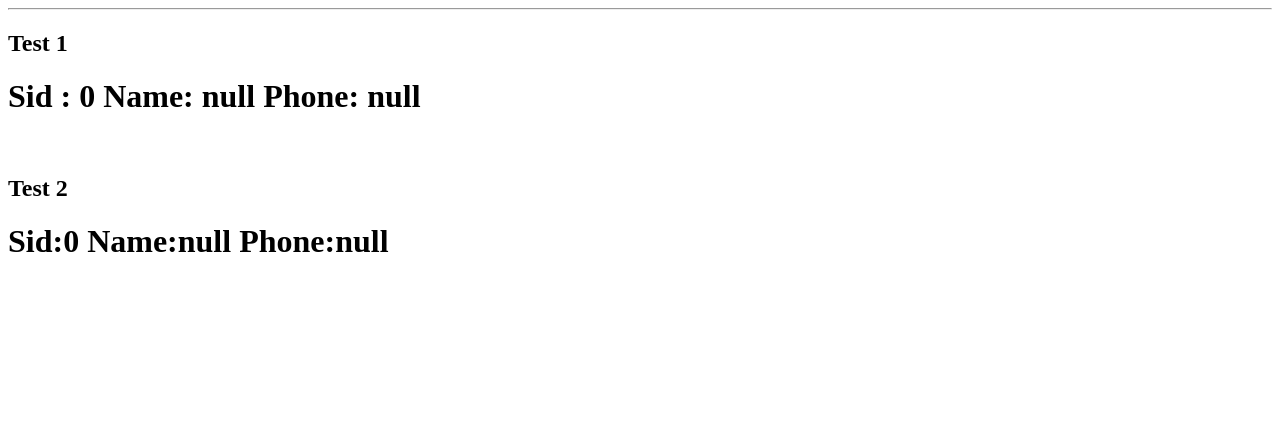
Repository: avinashxr10/Java-Codes
Page: http://localhost/JSP3/result.jsp
The author's editor kept a copy of each file at every save. The page is drawn from the files as they stood at one save, then again after a run of saves.
The browser window is 1280 px wide. The pictures show the whole page.
The page is served by Tomcat 9.

Above is the page before, as saved 2021-12-29 16:35:58.

### JSP/JSP3/src/main/webapp/result.jsp
<%@ page language="java" contentType="text/html; charset=ISO-8859-1"
	pageEncoding="ISO-8859-1"%>

<%@page import="com.jtcindia.jsp.*"%>
<!DOCTYPE html PUBLIC "-//W3C//DTD HTML 4.01 Transitional//EN" "http://www.w3.org/TR/html4/loose.dtd">
<html>
<head>
<meta http-equiv="Content-Type" content="text/html; charset=ISO-8859-1">
<title>Insert title here</title>
</head>
<body>
	<jsp:useBean id="ST1" class="com.jtcindia.jsp.Student">
		<jsp:setProperty property="sid" name="ST1" />
	</jsp:useBean>

	<hr>
	<h2>Test 1</h2>

	<h1>
		Sid :
		<jsp:getProperty property="sid" name="ST1" />
		Name:
		<jsp:getProperty property="name" name="ST1" />
		Phone:
		<jsp:getProperty property="phone" name="ST1" />
	</h1>
	<br>
	<jsp:useBean id="ST2" class="com.jtcindia.jsp.Student">
		<jsp:setProperty property="sid" name="ST2" />
	</jsp:useBean>
	<h2>Test 2</h2>
	<h1>
		Sid:<jsp:getProperty property="sid" name="ST2" />
		Name:<jsp:getProperty property="name" name="ST2" />
		Phone:<jsp:getProperty property="phone" name="ST2" />
	</h1>

</body>
</html>

### JSP/JSP3/src/main/java/com/jtcindia/jsp/Student.java
package com.jtcindia.jsp;

public class Student {
	private int sid;
	private String name;
	private String phone;

	public int getSid() {
		return sid;
	}

	public void setSid(int sid) {
		this.sid = sid;
	}

	public String getName() {
		return name;
	}

	public void setName(String name) {
		this.name = name;
	}

	public String getPhone() {
		return phone;
	}

	public void setPhone(String phone) {
		this.phone = phone;
	}

}

After the next 2 saves:
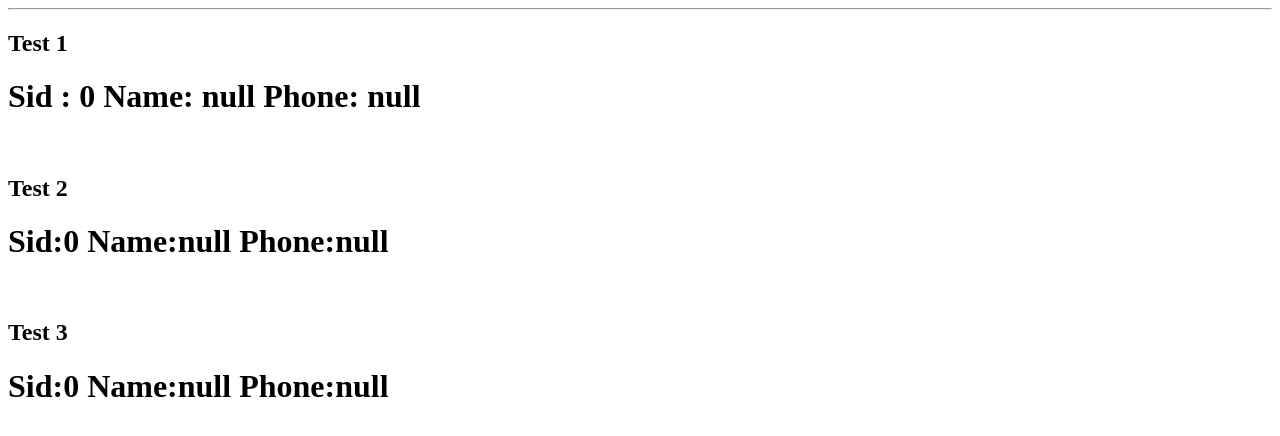
The 2 saves are shown as one change because they came seconds apart.
The last was saved 3 min 36 s later.
--- a/JSP/JSP3/src/main/webapp/result.jsp
+++ b/JSP/JSP3/src/main/webapp/result.jsp
@@ -25,15 +25,30 @@
 		<jsp:getProperty property="phone" name="ST1" />
 	</h1>
 	<br>
+
 	<jsp:useBean id="ST2" class="com.jtcindia.jsp.Student">
 		<jsp:setProperty property="sid" name="ST2" />
 	</jsp:useBean>
+
 	<h2>Test 2</h2>
 	<h1>
 		Sid:<jsp:getProperty property="sid" name="ST2" />
 		Name:<jsp:getProperty property="name" name="ST2" />
 		Phone:<jsp:getProperty property="phone" name="ST2" />
 	</h1>
+	<br>
+
+	<jsp:useBean id="ST3" class="com.jtcindia.jsp.Student">
+		<jsp:setProperty property="sid" name="ST3" />
+		<jsp:setProperty property="phone" name="ST3" param="mobile" />
+	</jsp:useBean>
+
+	<h2>Test 3</h2>
+	<h1>
+		Sid:<jsp:getProperty property="sid" name="ST3" />
+		Name:<jsp:getProperty property="name" name="ST3" />
+		Phone:<jsp:getProperty property="phone" name="ST3" />
+	</h1>
 
 </body>
 </html>
